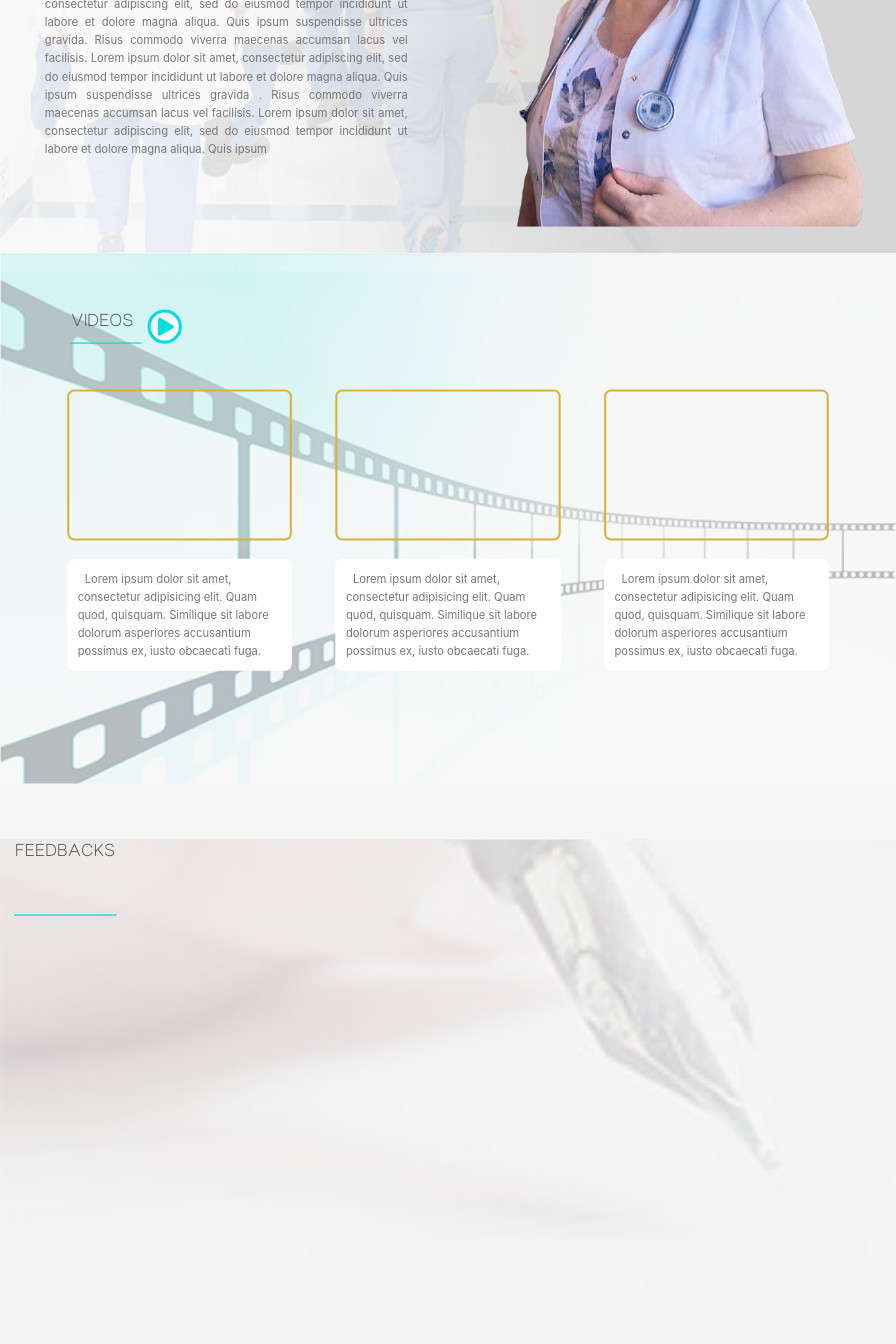
Repository: Aleksandre19/cv-ucmp
Page: index.html
The author's editor kept a record of every edit. The page is drawn from the files as they stood at one moment, then again after the next edit.
The browser window is 1280 px wide. The pictures show the part of the page from y = 2155 to 4075 px (the page is 4075 px tall), at 70% of full size.
Pictures or frames that could not be fetched are drawn as grey boxes. Backgrounds fixed to the window are drawn as part of the page. Some web libraries are served in a nearby version.

Above is the page before.

After the next edit:
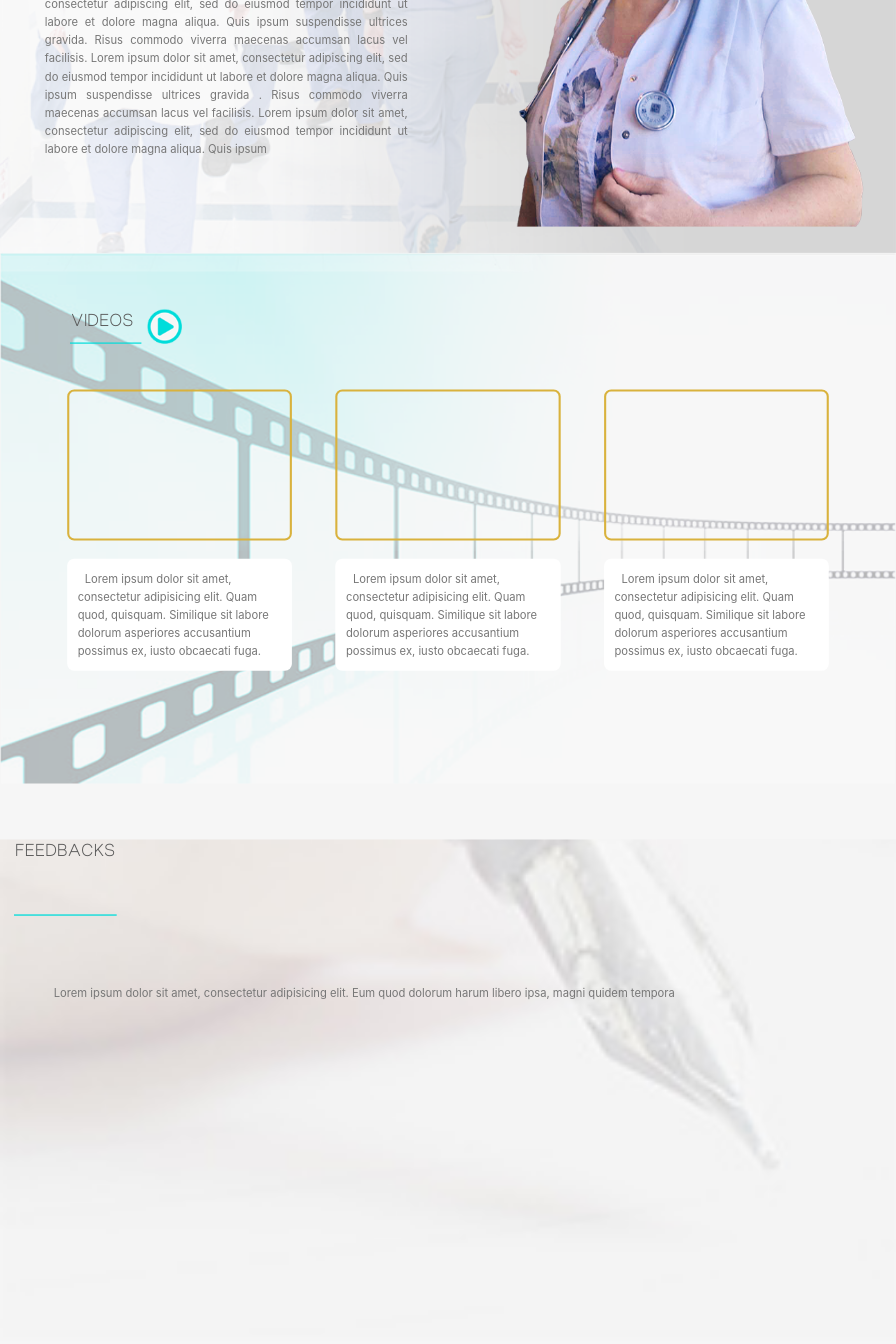
The edit:
--- a/index.html
+++ b/index.html
@@ -301,8 +301,10 @@
             <span class="sr-only"> Feedbacks </span>
             <blockquote class="container-fluid">
                 <div class="row">
-                    <p class="feedback-text">
-
+                    <p class="feedback-text feedback1">
+                        Lorem ipsum dolor sit amet, consectetur adipisicing
+                        elit. Eum quod dolorum harum libero ipsa, magni
+                        quidem tempora
                     </p>
                 </div>
             </blockquote>
